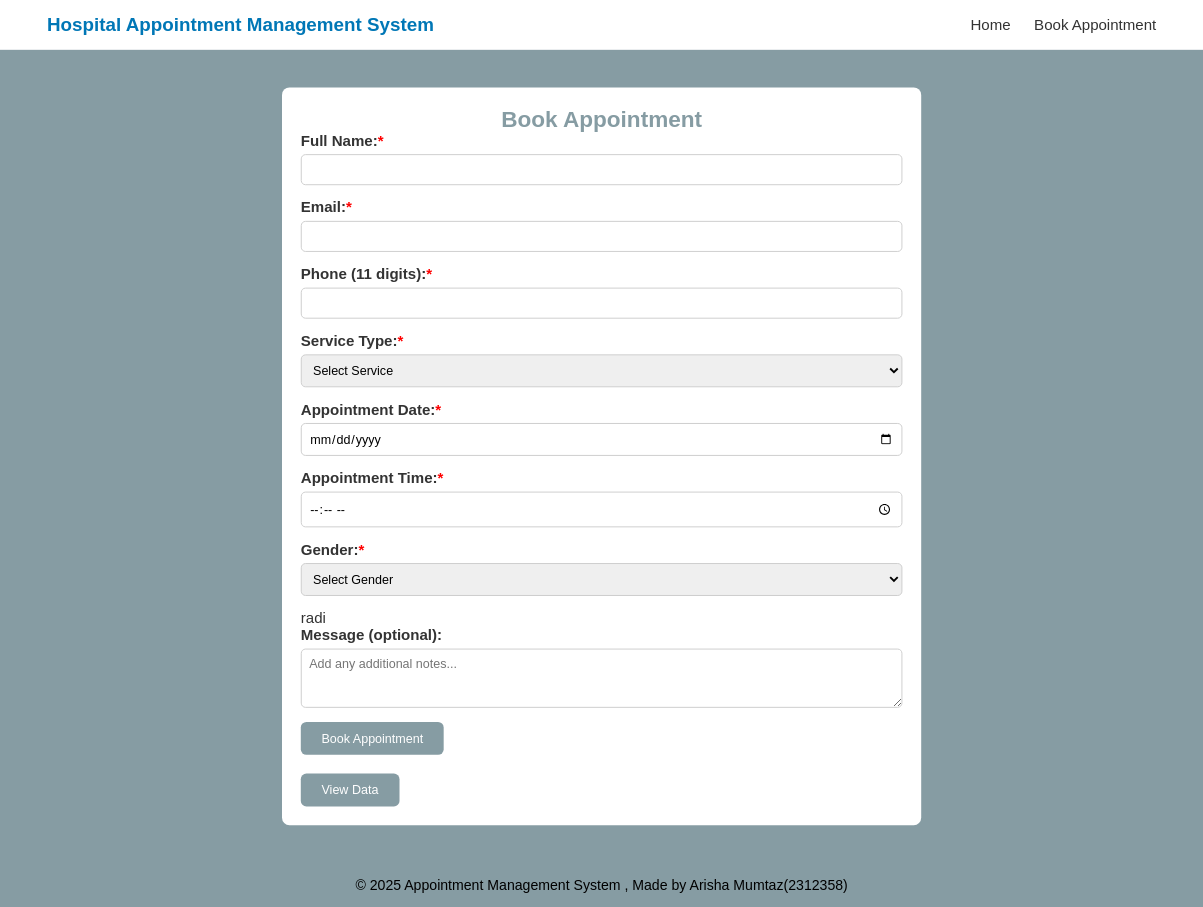
Repository: Arisha004/hospital-management-midterm-
Page: http://localhost/
The author's editor kept a copy of each file at every save. The page is drawn from the files as they stood at one save, then again after a run of saves.
The browser window is 1280 px wide. The pictures show the whole page, at 94% of full size.
The page is run by PHP 8.4 with error messages shown; the project is at /var/www/html/.

Above is the page before, as saved 2025-11-08 14:47:16.

### index.php
<html>
<head>
<title>Book Appointment</title>
<link rel="stylesheet" href="style2.css">

</head>
<body>
 <header class="navbar">
    <div class="logo">Hospital Appointment Management System</div>
    <nav>
      <ul>
        <li><a href="landingpage.html">Home</a></li>
          <li><a href="index.php">Book Appointment</a></li>
      </ul>
    </nav>
  </header>


<div class="container1">
  <h2>Book Appointment</h2>
  <form  action="insertappointmentform.php" method="POST">

    <label>Full Name:<span>*</span></label>
    <input type="text" name="full_name" required pattern="^[A-Za-z]{3,}( [A-Za-z]+)?$"  minlength="3"
       title="Name should contain only letters.">


    <label>Email:<span>*</span></label>
    <input type="email"
   name="email" required title="enter a valid email address">

    <label>Phone (11 digits):<span>*</span></label>
    <input type="text" name="phone" required pattern="[0-9]{11}" title="Phone number must be exactly 11 digits." maxlength="11">

    <label>Service Type:<span>*</span></label>
    <select name="service_type" required>
      <option value=""> Select Service </option>
      <option value="Consultation">Consultation</option>
      <option value="Follow-up">Follow-up</option>
      <option value="Check-up">Check-up</option>
      <option value="Emergency">Emergency</option>
    </select>

    <label>Appointment Date:<span>*</span></label>
    <input type="date" name="appointment_date" required min="<?php echo date('Y-m-d'); ?>">

    <label>Appointment Time:<span>*</span></label>
    <input type="time" name="appointment_time" required>

    <label>Gender:<span>*</span></label>
    <select name="gender" required>
      <option value=""> Select Gender </option>
      <option value="Male">Male</option>
      <option value="Female">Female</option>
      <option value="Other">Other</option>
    </select>

    radi

    <label>Message (optional):</label>
    <textarea name="message"  rows="3"  placeholder="Add any additional notes..."></textarea>

    <input type="hidden" name="created_at" value="<?php echo date('Y-m-d H:i:s'); ?>">

    <button type="submit" name="submit"> Book Appointment </button>
  </form>


<div style="margin-top:20px;">
    <form action="list.php" method="get">
    <button type="submit">View Data</button>
    </form>
</div>
</div>

    <footer>
    <p>© 2025 Appointment Management System , Made by Arisha Mumtaz(2312358)</p>
  </footer>
</div>
</body>
</html>

### style2.css

* {
  font-family: 'Poppins', sans-serif;
  margin: 0;
  padding: 0;
}

body {
  background: #869CA3;
  color: #333;
}
  .container1 {
    width: 50%;
    margin: 40px auto;
    background: #fff;
    padding: 20px;
    border-radius: 8px;
  }
  h2 {
    text-align: center;
     color: #869CA3; }
  label {
    font-weight: bold;
     display: block;
      margin-bottom: 5px;
    }
  input, select, textarea {
      width: 100%;
      padding: 8px;
      margin-bottom: 15px;
      border: 1px solid #ccc;
      border-radius: 5px;
  }

footer {
  text-align: center;
  padding: 15px;
  background-color:#869CA3;
        color: black;
  font-size: 15px;

}
label span {
  color: red;
}


.navbar {
  display: flex;
  justify-content: space-between;
  align-items: center;
  padding: 15px 50px;
  background: #fff;

 }

.navbar .logo {
  font-weight: 700;
  font-size: 20px;
  color: #0077b6;
}

.navbar ul {
  display: flex;
  list-style: none;
}

.navbar ul li a {
  text-decoration: none;
  color: #333;
  margin-left: 25px;
}


  button{

  display: inline-block;
  background-color: #869CA3;
  color: #fff;
  padding: 10px 22px;
  border: none;
  border-radius: 6px;
  cursor: pointer;
  font-weight: 500;

   text-align: center;
}



  input[type=submit] {
      background-color: #007bff;
      color: white;
      border: none;
      padding: 10px 15px;
      cursor: pointer;
      border-radius: 5px;
  }

  select[name="status"] {
    background-color: #f8f9fa;
    color: #495057;
    padding: 8px;
    margin-bottom: 15px;
    border: 1px solid #ced4da;
    border-radius: 5px;
    width: 100%;
}

select[name="status"] option[value="Pending"] { color: #ffc107; }
select[name="status"] option[value="Confirmed"] { color: #28a745; }
select[name="status"] option[value="Cancelled"] { color: #dc3545; }
select[name="status"] option[value="Completed"] { color: #17a2b8; }

After the next 4 saves:
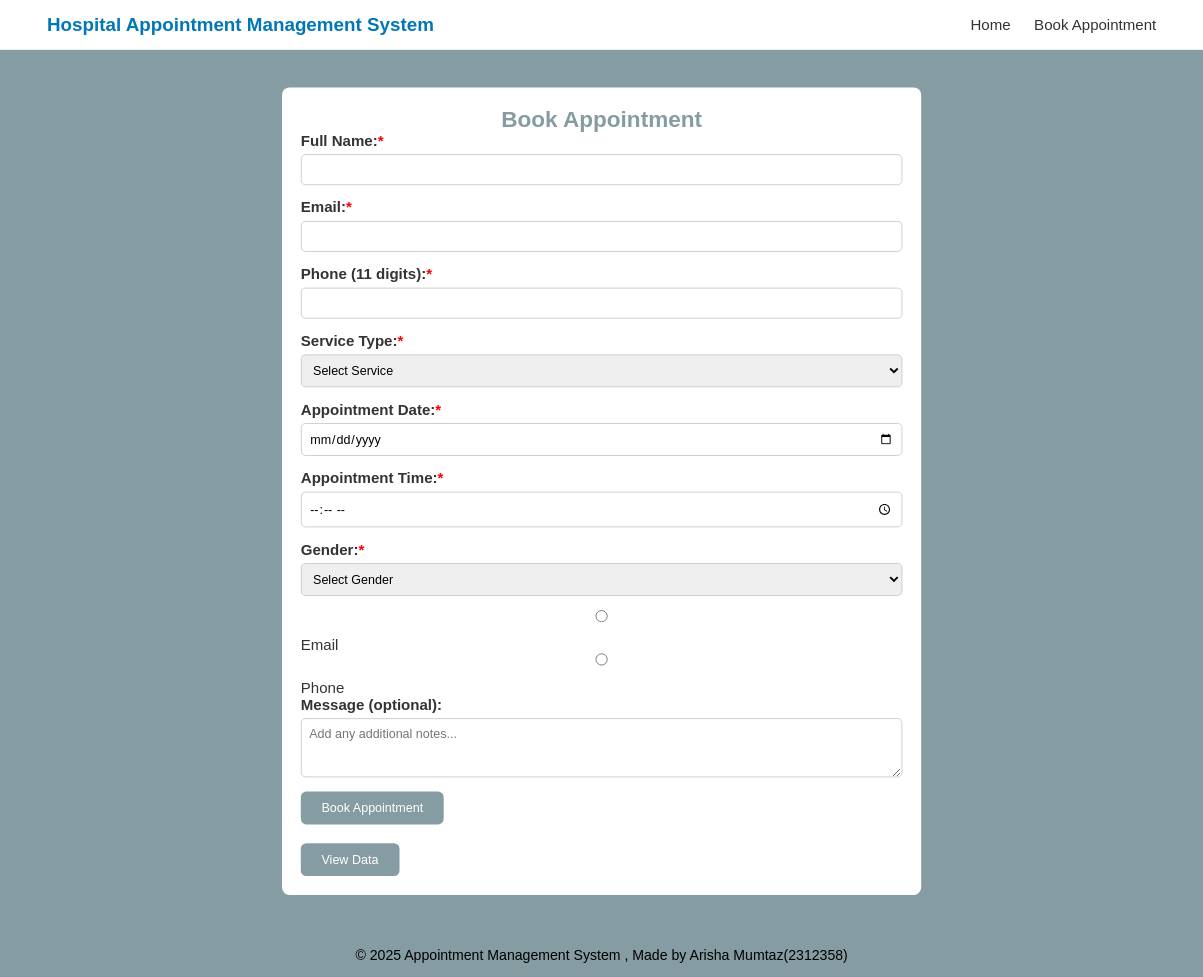
The 4 saves are shown as one change because they came seconds apart.
The last was saved 11 s later.
--- a/index.php
+++ b/index.php
@@ -55,7 +55,10 @@
       <option value="Other">Other</option>
     </select>
 
-    radi
+    <radiolabel>
+      <input type="radio" name="contact_method" value="Email" required> Email
+      <input type="radio" name="contact_method" value="Phone" required> Phone
+    </radiolabel>
 
     <label>Message (optional):</label>
     <textarea name="message"  rows="3"  placeholder="Add any additional notes..."></textarea>
